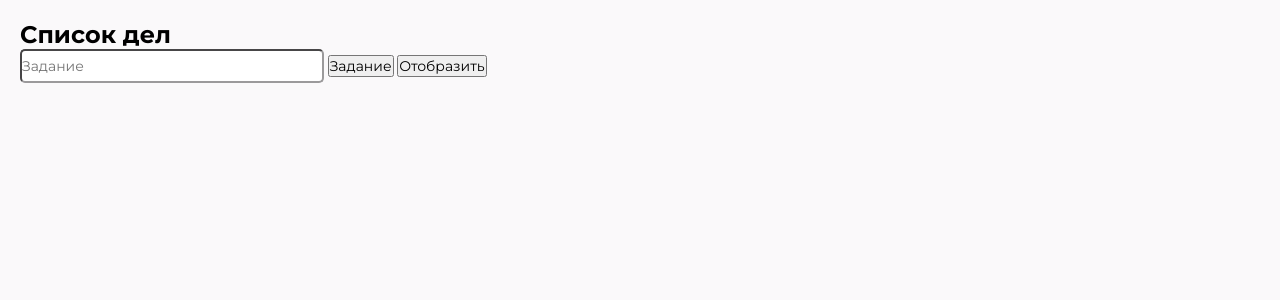
Repository: andbaik/it_unit9
Page: index.html
An editor plug-in stored every save of this project. The page is shown before and after the next save, followed by the edit.
The browser window is 1280 px wide. The pictures show the whole page.

Above is the page before, as saved 2021-04-06 21:58:16.

### index.html
<!DOCTYPE html>
<html lang="ru">
<head>
    <meta charset="UTF-8">
    <meta http-equiv="X-UA-Compatible" content="IE=edge">
    <meta name="viewport" content="width=device-width, initial-scale=1.0">
    <title>Список дел</title>
    <link rel="stylesheet" href="/css/style.css">
</head>
<body>

    <head>
        <h1>Список дел</h1>
    </head>
    <section>
        <input type="text" name="task" id="task" placeholder="Задание">

        <button class="add-task btn">Задание</button>
        <button class="show-task btn">Отобразить</button>
        <div class="result"></div>
    </section>
</body>
</html>

### css/style.css
@import url('https://fonts.googleapis.com/css2?family=Montserrat:wght@400;700&display=swap');

* {
    margin: 0;
    padding: 0;
    font-family: 'Montserrat', sans-serif;
    font-size: 14px;
}

body {
    margin: 20px;
    background-color: #FAF9FA;
}

h1 {
    font-size: 24px;
}

input {
    width: 300px;
    height: 30px;
    border-radius: 5px;
    border-color: #9B9A9B;
    color: #6B6A6B;
    outline: none;
}

9B999B - border
F2F1F2 - btn bacground
6B696B - plasholder color text
C2C1C2 - btn text color

848384 - div color text
C2C1C2 border color div

After the next save:
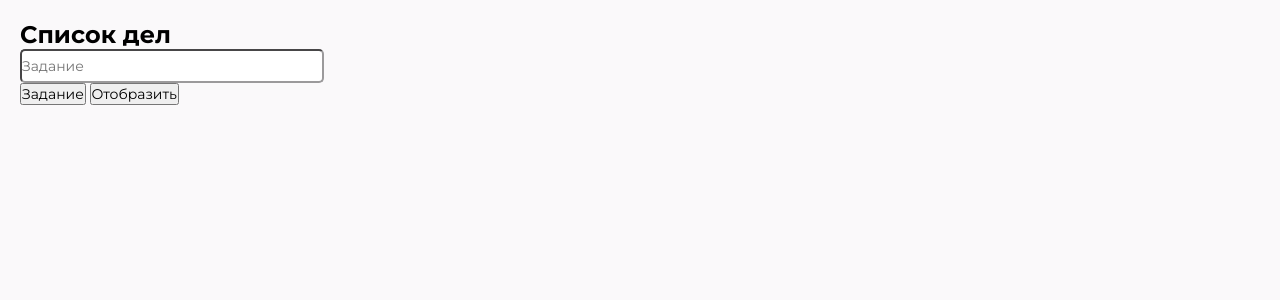
Saved 10 s later.
--- a/index.html
+++ b/index.html
@@ -14,7 +14,7 @@
     </head>
     <section>
         <input type="text" name="task" id="task" placeholder="Задание">
-
+        <div class="btn-block"></div>
         <button class="add-task btn">Задание</button>
         <button class="show-task btn">Отобразить</button>
         <div class="result"></div>
